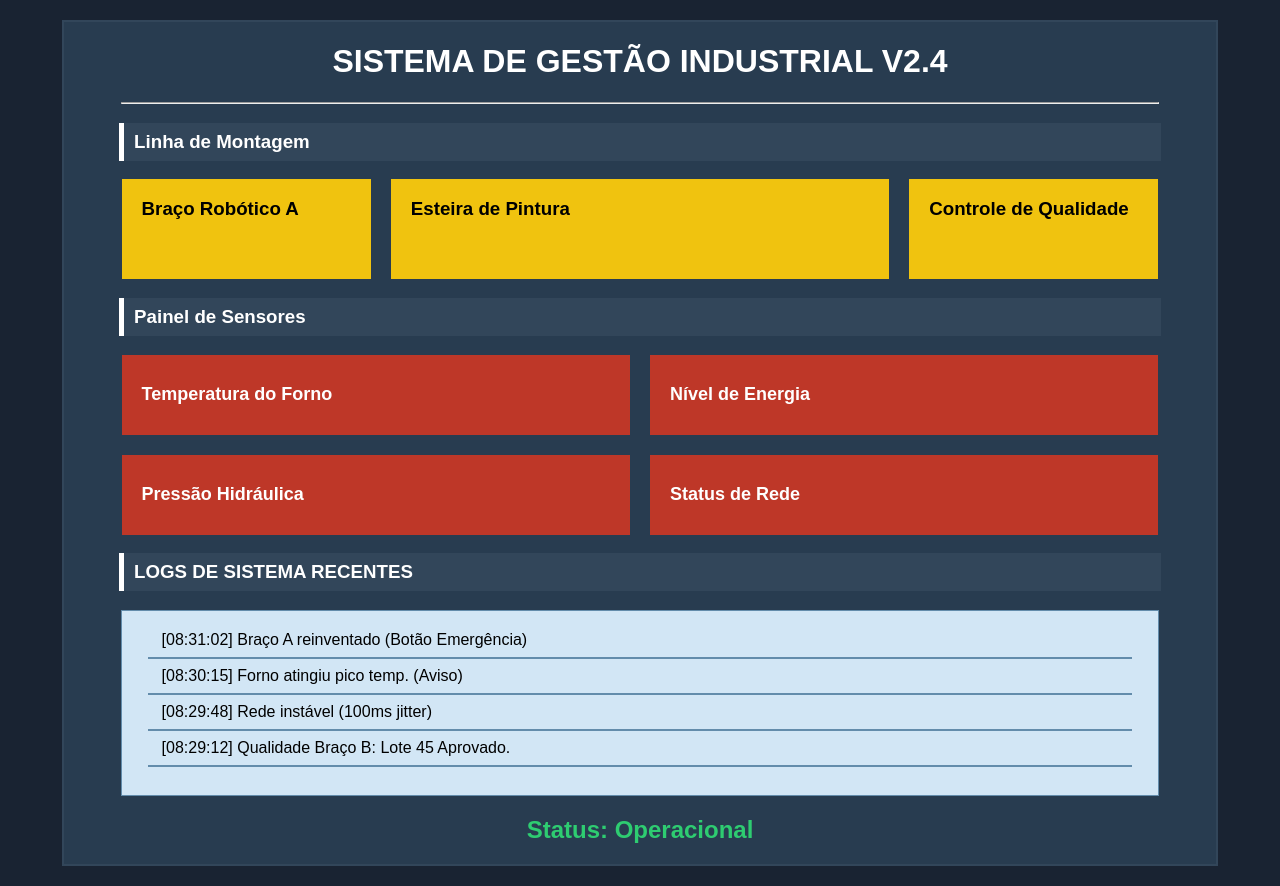
Repository: DanielEDapper/Front-WEG
Page: ProfeIgor/Aula5 - Dashboard Industrial/index.html
An editor plug-in stored every save of this project. The page is shown before and after a run of saves, followed by the edit.
The browser window is 1280 px wide. The pictures show the whole page.
Some icons come from a web library that is not loaded, so they are not drawn.

Above is the page before, as saved 2026-05-29 20:09:23.

### ProfeIgor/Aula5 - Dashboard Industrial/index.html
<!DOCTYPE html>
<html lang="en">
<head>
    <meta charset="UTF-8">
    <meta name="viewport" content="width=device-width, initial-scale=1.0">
    <link rel="stylesheet" href="style.css">
    <link rel='stylesheet' href='https://cdn-uicons.flaticon.com/4.0.0/uicons-bold-straight/css/uicons-bold-straight.css'>
    <title>Sistema de gestão Industrial</title>
</head>
<body>
    <div id="wrapper">
        <div id="header">
            <h1>SISTEMA DE GESTÃO INDUSTRIAL V2.4</h1>
        </div>
        <hr>
        <div id="main">
            <div class="container-main">

                <div class="titulo-sessao">
                    <h3>Linha de Montagem</h3>
                </div>
                <div class="container-montagem">
                    <div class="card">
                        <h3>Braço Robótico A</h3>
                        <i class="fi fi-bs-thumbtack"></i>
                    </div>
                    <div class="card">
                        <h3>Esteira de Pintura</h3>
                        <i class="fi fi-bs-arrow-right"></i>
                    </div>
                    <div class="card">
                        <h3>Controle de Qualidade</h3>
                        <i class="fi fi-bs-medal"></i>
                    </div>
                </div>


                <div class="titulo-sessao">
                    <h3>Painel de Sensores</h3>
                </div>
                <div class="container-sensores">
                    <div class="card-sensores">
                        <h3>Temperatura do Forno</h3>
                        <i class="fi fi-bs-temperature-high"></i>
                    </div>
                    <div class="card-sensores">
                        <h3>Nível de Energia</h3>
                        <i class="fi fi-bs-battery-half"></i>
                    </div>
                    <div class="card-sensores">
                        <h3>Pressão Hidráulica</h3>
                        <i class="fi fi-bs-dashboard"></i>
                    </div>
                    <div class="card-sensores">
                        <h3>Status de Rede</h3>
                        <i class="fi fi-bs-workflow-setting-alt"></i>
                    </div>
                </div>


                <div class="titulo-sessao">
                    <h3>LOGS DE SISTEMA RECENTES</h3>
                </div>
                <div class="container-logs">
                    <p>[08:31:02] Braço A reinventado (Botão Emergência)</p>
                    <hr>
                    <p>[08:30:15] Forno atingiu pico temp. (Aviso)<p>
                    <hr>
                    <p>[08:29:48] Rede instável (100ms jitter)</p>
                    <hr>
                    <p>[08:29:12] Qualidade Braço B: Lote 45 Aprovado.</p>
                    <hr>
                </div>
            </div>
        </div>
        <div id="footer">
            <h2>Status: Operacional</h2>
        </div>
    </div>
</body>
</html>

### ProfeIgor/Aula5 - Dashboard Industrial/style.css
:root{
    --bg-dark: #192332;
    --bg-main: #283C50;
    --bg-panel: #32465A;

    --warning: #F0C30F;
    --danger: #BE3728;
    --success: #2ECC71;

    --log-bg: #D2E6F5;

    --text: #FFFFFF;
    --text-secondary: #99A3AB;

    --accent-blue: #638CAB;
}

body{
    margin: 0;
    padding: 0;
    background-color: var(--bg-dark);
}

#wrapper{
    font-family: Arial, Helvetica, sans-serif;
    height: 90%;
    width: 90%;
    background-color: var(--bg-main);
    border: 2px solid var(--bg-panel);
    margin: 20px;
    justify-self: center;
}

#header{
    color: var(--text);
    text-align: center;
}

hr{
    width: 90%;
    font-weight: 400;
}

.titulo-sessao{
    background-color: var(--bg-panel);
    color: var(--text);
    width: 90%;
    justify-self: center;
    border-left: 5px solid var(--text);
}

.titulo-sessao h3{
    padding: 8px 0px 8px 10px;
}

.container-montagem{
    display: flex;
    width: 90%;
    justify-self: center;
    flex-basis: 400;
    height: 100px;
    justify-content: space-around;
    gap: 20px;
}

.card{
    background-color: var(--warning);
}

.card h3{
    padding: 0px 0px 0px 20px;
}

.card i{
    display: flex;
    justify-self: center;
}

.card:nth-child(1){
    width: 25%;
}

.card:nth-child(2){
    width: 50%;
}

.card:nth-child(2) i{
    display: flex;
    padding: 0px 20px 0px 0px;
    justify-self: end;
}

.card:nth-child(3){
    width: 25%;
}

.container-sensores{
    width: 90%;
    display: grid;
    grid-template-columns: 1fr 1fr;
    gap: 20px;
    justify-self: center;
}

.card-sensores{
    background-color: var(--danger);
    color: var(--text);
    height: 80px;
    display: flex;
    justify-content: space-between;
    align-items: center;
    padding: 0 20px;
    box-sizing: border-box;
}

.card-sensores h3{
    font-size: 18px;
}

.card-sensores i{
    font-size: 24px;
}

.container-logs{
    background-color: var(--log-bg);
    width: 90%;
    justify-self: center;
    padding: 20px 0px;
    border: 1px solid var(--accent-blue);
}

.container-logs p {
    margin: 0px 0px 0px 40px;
}

.container-logs hr{
    width: 95%;
    border: none;
    height: 2px;
    background-color: var(--accent-blue);
}

#footer{
    justify-self: center;
    color: var(--success)
}

After the next 3 saves:
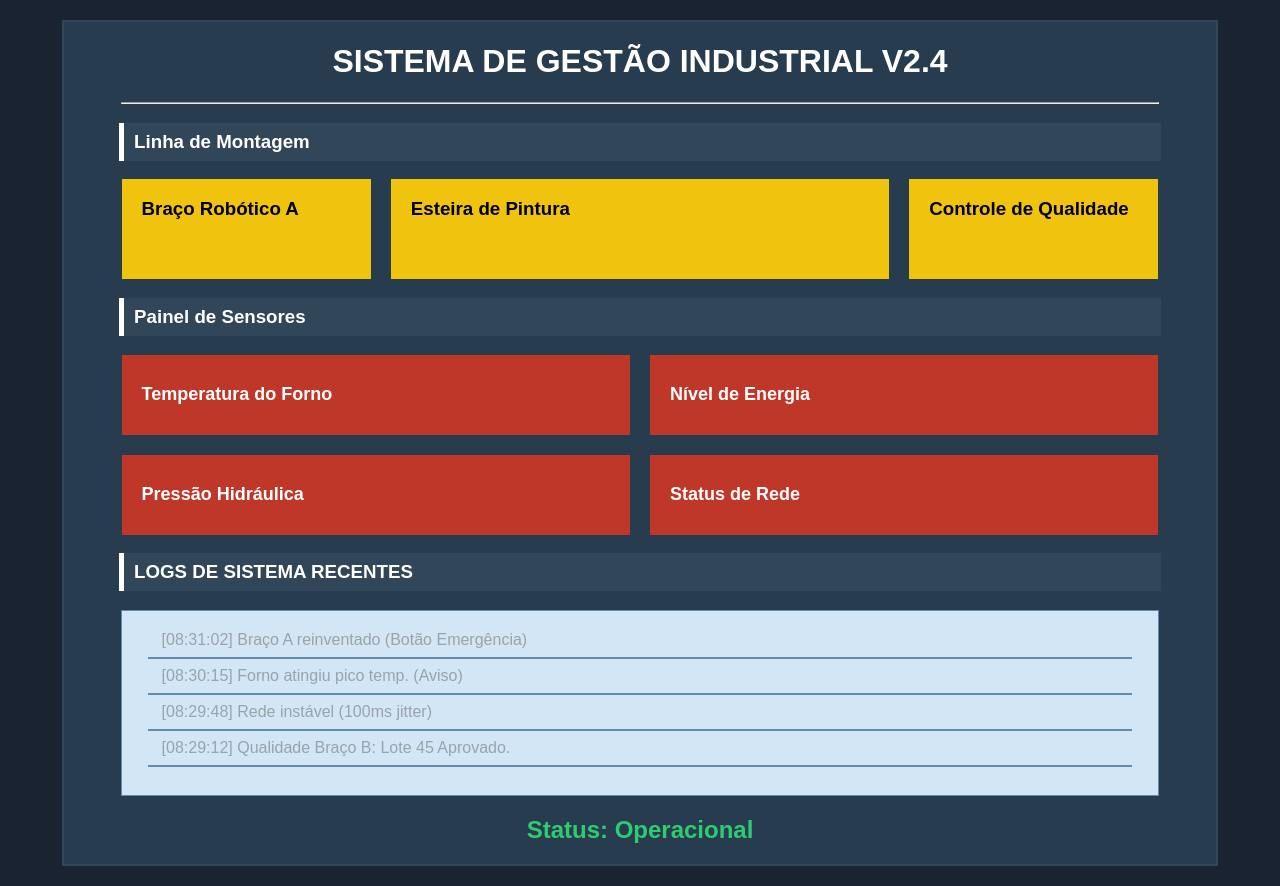
The 3 saves are shown as one change because they came seconds apart.
The last was saved 28 s later.
--- a/ProfeIgor/Aula5 - Dashboard Industrial/style.css
+++ b/ProfeIgor/Aula5 - Dashboard Industrial/style.css
@@ -131,6 +131,7 @@ hr{
 
 .container-logs p {
     margin: 0px 0px 0px 40px;
+    color: var(--text-secondary);
 }
 
 .container-logs hr{
